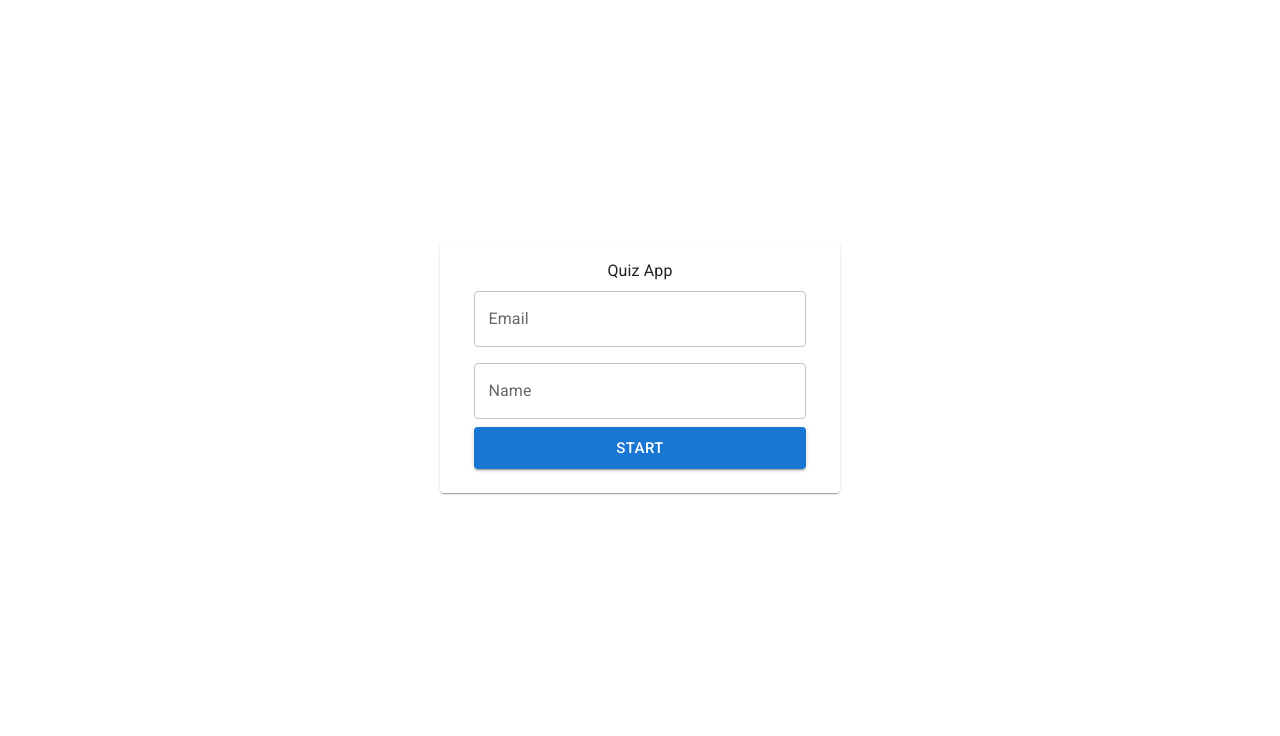
Repository: shikubro90/Quiz-App-React
Page: /
The author's editor kept a copy of each file at every save. The page is drawn from the files as they stood at one save, then again after a run of saves.
The browser window is 1280 px wide. The pictures show the whole page.
The project was rebuilt for these pictures with package versions that can differ from the ones it lists, and the page was loaded fresh each time. Also part of the build but not shown: src/index.css, src/App.css.

Above is the page before, as saved 2022-06-25 02:09:48.

After the next 5 saves:
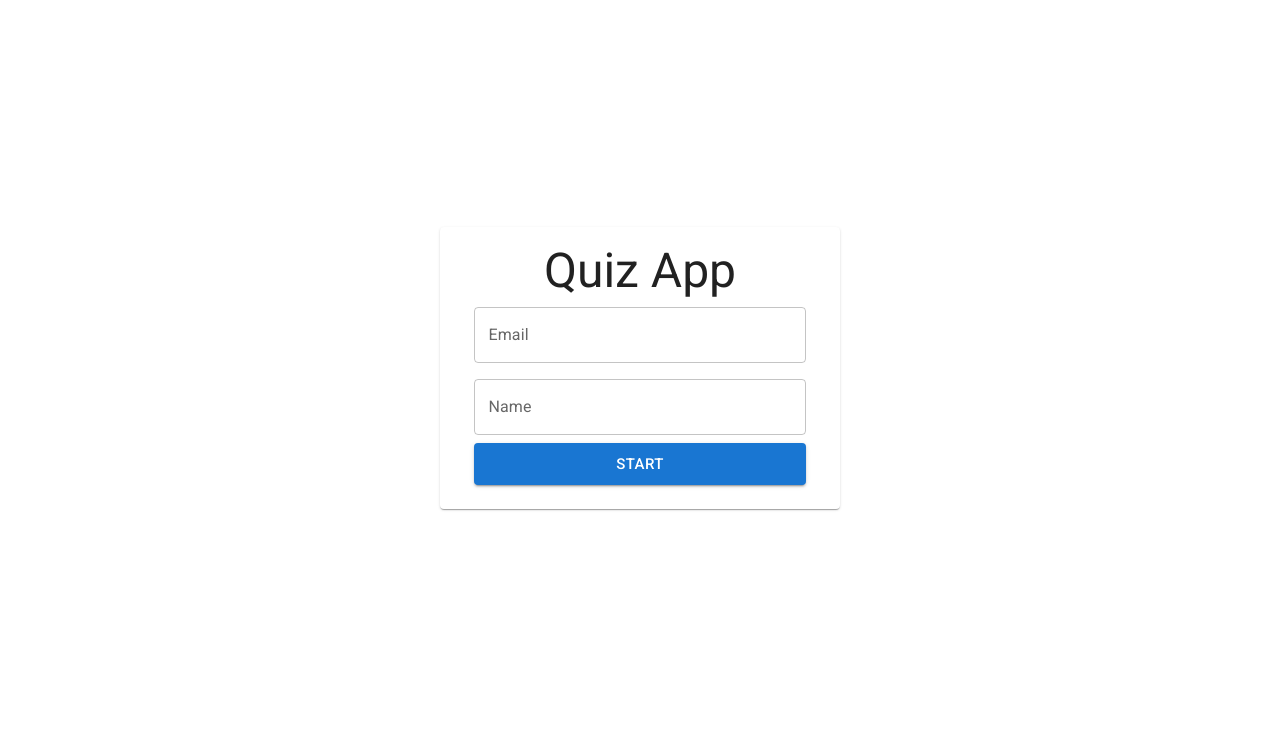
The 5 saves are shown as one change because they came seconds apart.
The last was saved 21 s later.
--- a/src/components/Login.jsx
+++ b/src/components/Login.jsx
@@ -12,7 +12,7 @@ const Login = () => {
                 <CardContent
                     sx={{textAlign: 'center'}}
                 >
-                    <Typography >
+                    <Typography variant="h3">
                         Quiz App
                     </Typography>
 
